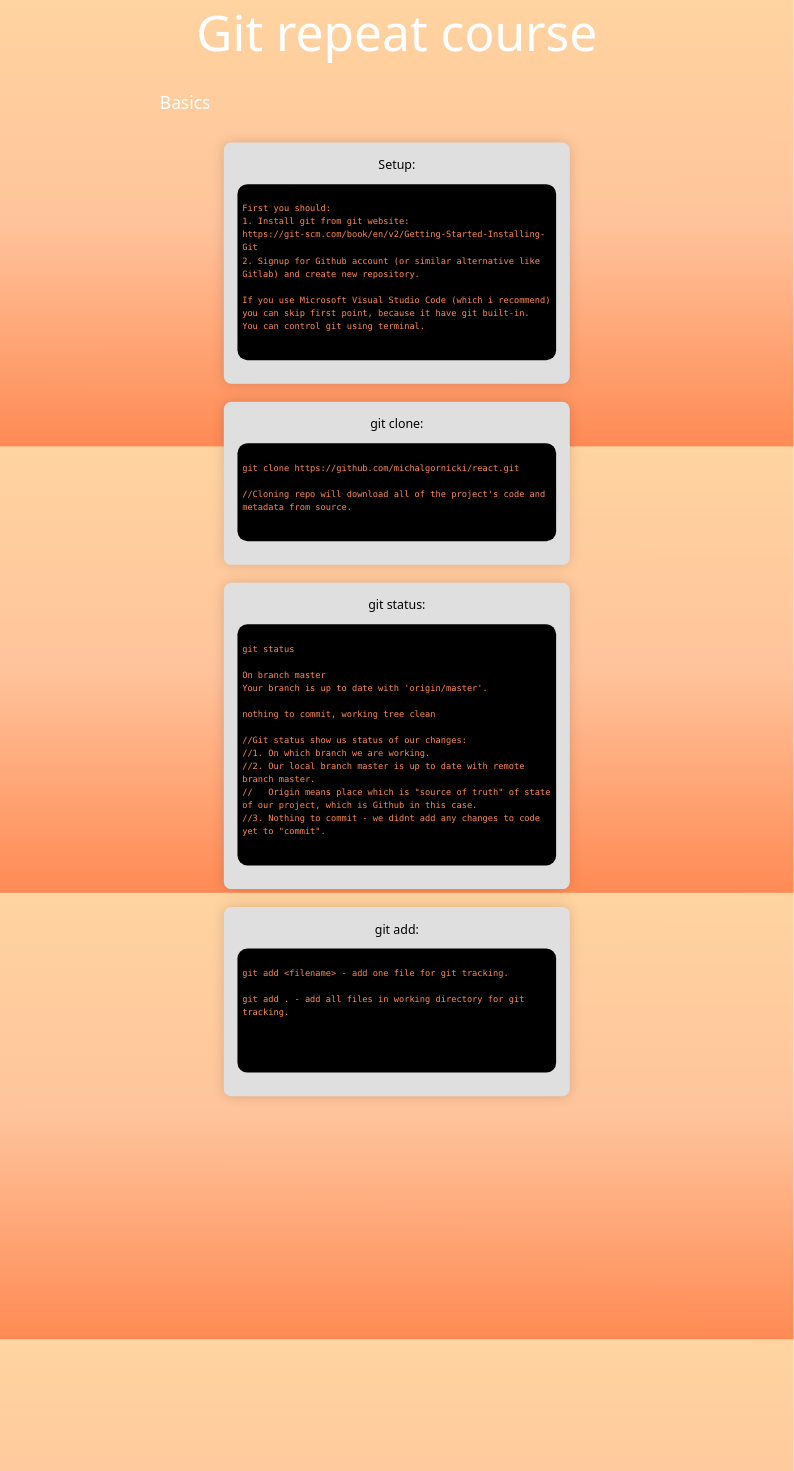
Repository: michalgornicki/git
Page: /
An editor plug-in stored every save of this project. The page is shown before and after a run of saves, followed by the edit.
The browser window is 1280 px wide. The pictures show the whole page, at 62% of full size.
Backgrounds fixed to the window are drawn as part of the page. The project was rebuilt for these pictures with package versions that can differ from the ones it lists, and the page was loaded fresh each time. Imported but missing from the stored project, and not drawn on this page: src/components/DOM manipulation.jsx, src/components/async.jsx, src/components/loops.jsx, src/components/numbers.jsx, src/components/variables.jsx, src/components/window.jsx.

Above is the page before, as saved 2022-02-10 08:14:26.

### src/App.jsx
import React from "react";
import "./App.css";
import "bootstrap/dist/css/bootstrap.min.css";
import { Route, HashRouter as Router, Routes, Link } from "react-router-dom";
import Arrays from "./components/arrays.jsx"
import Variables from "./components/variables.jsx"
import Numbers from "./components/numbers.jsx"
import Loops from "./components/loops.jsx"
import Async from "./components/async.jsx"
import DOM from "./components/DOM manipulation.jsx"
import Window from "./components/window.jsx"

function App() {


  return (


    <Router>
    <div className="text-center">
      <div className="display-1 mt-1 mb-5 text-white">Git repeat course</div>

      <div className="h3 d-flex w-75 m-auto my-5 justify-content-evenly flex-wrap text-white">

      <Link className="link-style mx-3" to="/">Basics</Link>
      <Link className="link-style mx-3" to="/Numbers"></Link>
      <Link className="link-style mx-3" to="/Variables"></Link>
      <Link className="link-style mx-3" to="/Loops"></Link>
      <Link className="link-style mx-3" to="/Async"></Link>
      <Link className="link-style mx-3" to="/DOM"></Link>
      <Link className="link-style mx-3" to="/Window"></Link>


      </div>

      <Routes>
          <Route path="/" element={<Arrays />} />
          <Route path="/Numbers" element={<Numbers />} />
          <Route path="/Variables" element={<Variables />} />
          <Route path="/Loops" element={<Loops />} />
          <Route path="/Async" element={<Async />} />
          <Route path="/DOM" element={<DOM />} />
          <Route path="/Window" element={<Window />} />
        </Routes>


    </div>
    </Router>
  );
}

export default App;

### src/App.css
@import url('https://fonts.googleapis.com/css2?family=Catamaran:wght@400&display=swap');

body{
    font-family: 'Catamaran', sans-serif;
    overflow-x: hidden;
    padding-bottom: 80vh;
    height: auto;
    background: linear-gradient(rgb(255, 212, 160), rgb(255, 195, 155), rgb(255, 138, 84));
    background-attachment: fixed;
}

.js-item{
    color:rgb(0, 0, 0);
    font-size: 1.25rem;
    background-color: rgb(223, 223, 223);
    transition: 0.2s;
    padding: 3vh;
    margin-bottom: 4vh!important;
    width: 50%;
    margin-left: auto;
    margin-right: auto;
    box-shadow: 0px 0px 20px rgba(0, 0, 0, 0.15);
    border-radius: 0.75rem;
}

.js-item:hover{
    cursor: pointer;
    background-color: rgb(240, 240, 240);
}

.text-pink{
    padding: 0.5rem;
    margin-top: 1rem;
    margin-bottom: 1rem;
    color:rgb(255, 138, 84)!important;
    font-size: 1rem;
    border-radius: 1rem;
    text-align: left;
    background-color: black;
}

pre {
    white-space: pre-wrap;       /* css-3 */
    white-space: -moz-pre-wrap;  /* Mozilla, since 1999 */
    white-space: -pre-wrap;      /* Opera 4-6 */
    white-space: -o-pre-wrap;    /* Opera 7 */
    word-wrap: break-word;       /* Internet Explorer 5.5+ */
   }

.link-style{
    color: inherit;
    text-decoration: inherit;
}

.link-style:hover{
    color: rgb(255, 138, 84);
}

@media only screen and (max-device-width: 600px), (max-width: 600px) {

    .js-item{
        width: 95%;
    }

}

### src/components/arrays.jsx
const Arrays = () => {

  return (
    <div className="container">
      <div className="js-item">
        {" "}
        <div className="">Setup: </div>
        <div className="text-pink">
          <pre>{`
First you should:
1. Install git from git website:
https://git-scm.com/book/en/v2/Getting-Started-Installing-Git
2. Signup for Github account (or similar alternative like Gitlab) and create new repository.

If you use Microsoft Visual Studio Code (which i recommend) you can skip first point, because it have git built-in.
You can control git using terminal.
          `}</pre>
          </div>
      </div>
      <div className="js-item">
        {" "}
        <div className="">git clone: </div>
        <div className="text-pink">
          <pre>{`
git clone https://github.com/michalgornicki/react.git

//Cloning repo will download all of the project's code and metadata from source.
          `}</pre>
          </div>
      </div>

      <div className="js-item">
        {" "}
        <div className="">git status: </div>
        <div className="text-pink">
          <pre>{`
git status

On branch master
Your branch is up to date with 'origin/master'.

nothing to commit, working tree clean

//Git status show us status of our changes:
//1. On which branch we are working.
//2. Our local branch master is up to date with remote branch master.
//   Origin means place which is "source of truth" of state of our project, which is Github in this case.
//3. Nothing to commit - we didnt add any changes to code yet to "commit".
          `}</pre>
          </div>
      </div>
      <div className="js-item">
        {" "}
        <div className="">git add: </div>
        <div className="text-pink">
          <pre>{`
git add <filename> - add one file for git tracking.

git add . - add all files in working directory for git tracking.


          `}</pre>
          </div>
      </div>

      </div>
  );
};

export default Arrays;

Loaded but not shown: public/index.html (common file); src/index.js (common file); src/index.css (common file); src/reportWebVitals.js (common file)

After the next 2 saves:
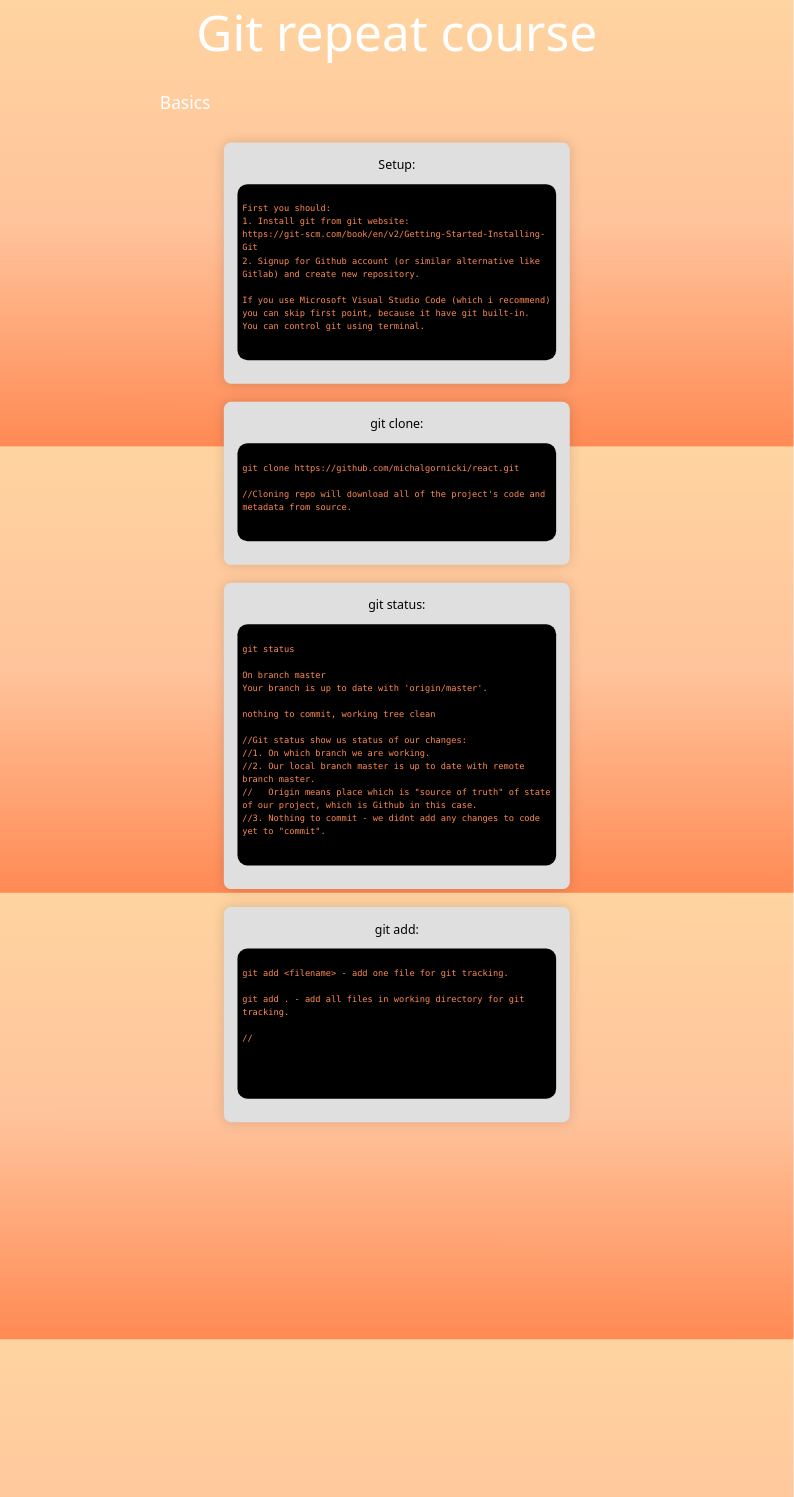
The 2 saves are shown as one change because they came seconds apart.
The last was saved 52 s later.
--- a/src/components/arrays.jsx
+++ b/src/components/arrays.jsx
@@ -58,6 +58,8 @@ git add <filename> - add one file for git tracking.
 
 git add . - add all files in working directory for git tracking.
 
+//
+
 
           `}</pre>
           </div>
